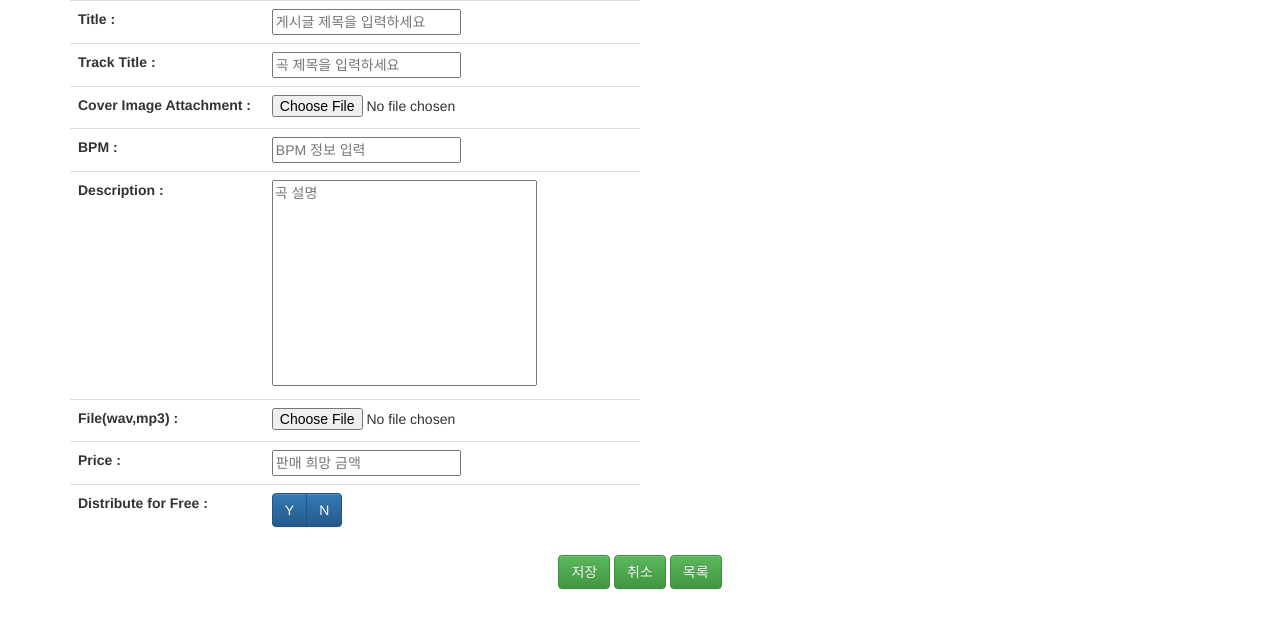
Repository: isaacShin-dev/Music_Station_TeamProject
Page: http://localhost/mtaProject/WEB-INF/views/board/writeForm.jsp
An editor plug-in stored every save of this project. The page is shown before and after the next save, followed by the edit.
The browser window is 1280 px wide. The pictures show the whole page.
The page is served by Tomcat 9. Nobody is signed in. The template is opened directly, without the code that normally fills it, so the values that code supplies are empty.

Above is the page before, as saved 2021-05-20 14:04:50.

After the next save:
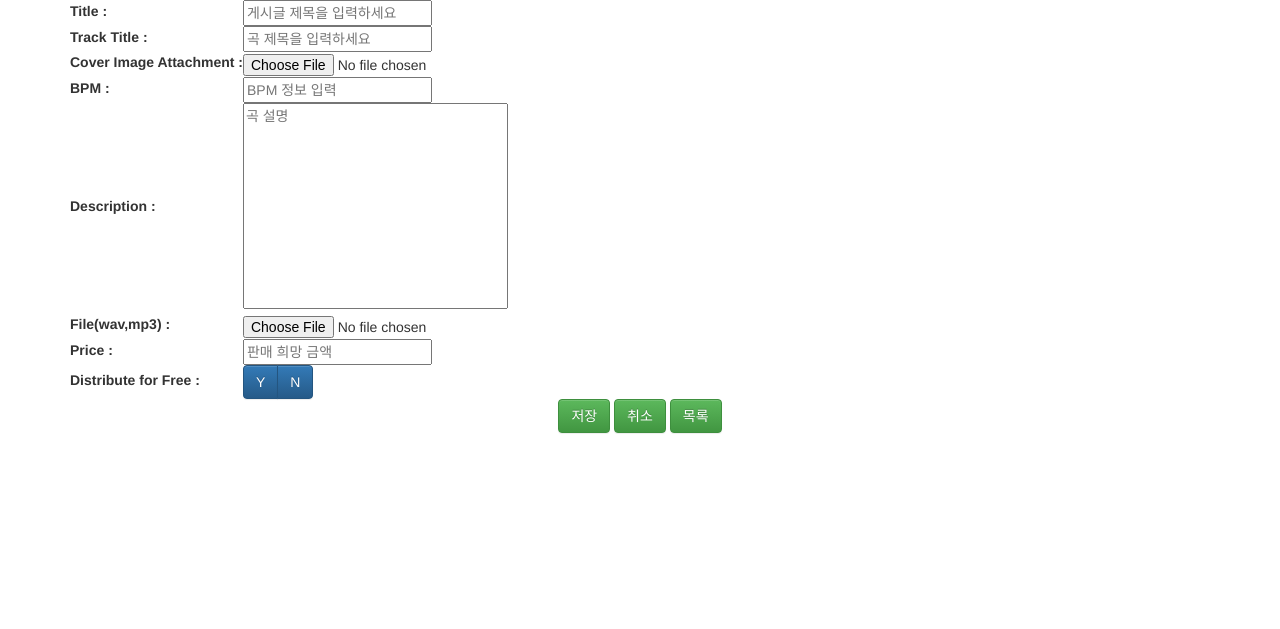
Saved 17 s later.
--- a/TeamProject/mtaProject/src/main/webapp/WEB-INF/views/board/writeForm.jsp
+++ b/TeamProject/mtaProject/src/main/webapp/WEB-INF/views/board/writeForm.jsp
@@ -74,7 +74,7 @@
 			<!-- 	<h2 class ="text-center">글작성</h2> -->
 
 		<form id="f_writeForm">
-			<table class="table table-light">
+			<table class="table-borderd">
 				<colgroup>
 					<col width="17%" />
 					<col width="33%" />
